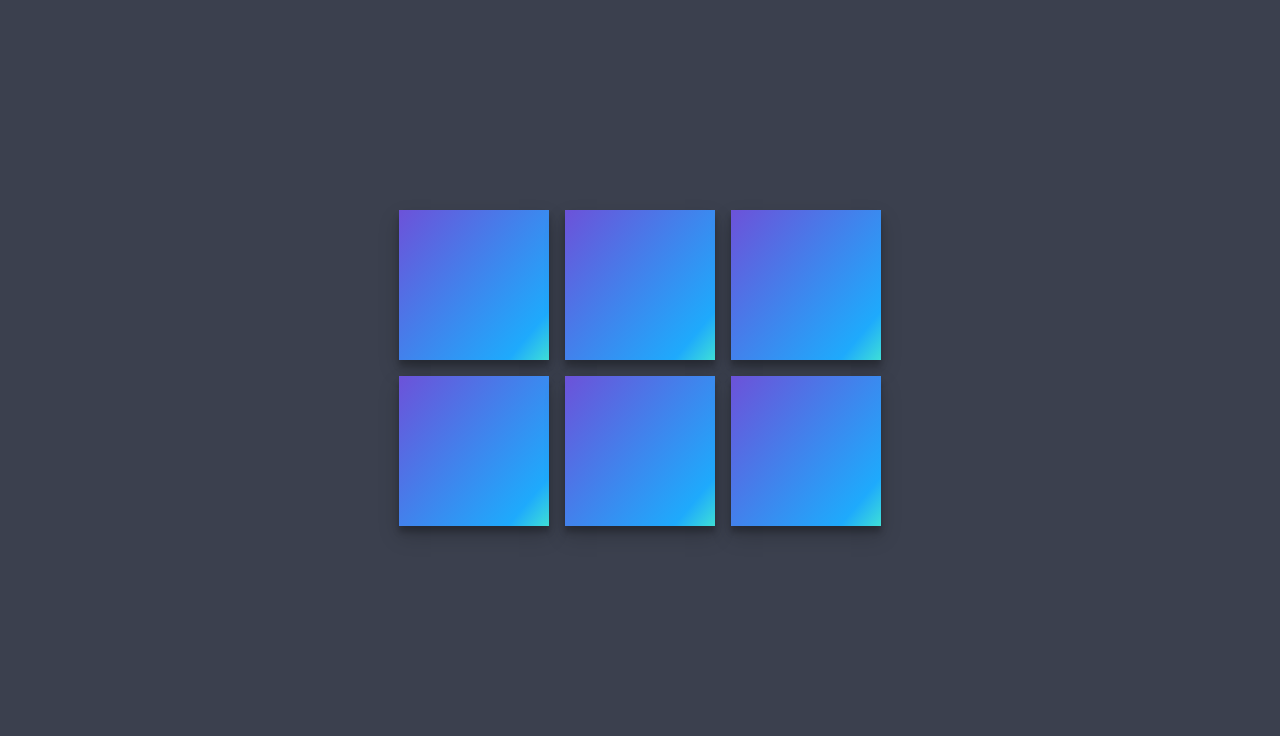
Repository: mariocapitbrok/css-grid
Page: index.html
These files come from the project's save history. The page is drawn as it stood at one moment and after the next save; the edit follows.
The browser window is 1280 px wide. The pictures show the whole page.

Above is the page before, as saved 2022-12-29 13:17:42.

### index.html
<!DOCTYPE html>
<html lang="en">
<head>
  <meta charset="UTF-8">
  <meta http-equiv="X-UA-Compatible" content="IE=edge">
  <meta name="viewport" content="width=device-width, initial-scale=1.0">
  <link rel="stylesheet" href="styles.css">
  <title>Grid and Flexbox</title>
</head>
<body>
  <div class="container">
    <div class="item item1"></div>
    <div class="item item2"></div>
    <div class="item item3"></div>
    <div class="item item4"></div>
    <div class="item item5"></div>
    <div class="item item6"></div>
  </div>
</body>
</html>

### styles.css
body {
  background-color: #3b404e;
  height: 100vh;
  display: flex;
  justify-content: center;
  align-items: center;
}

.container {
  display: grid;
  grid-template-columns: 150px 150px 150px;
  grid-template-rows: 150px 150px;
  grid-gap: 1rem;
}

.item {
  background-color: #1EAAFC;
  background-image: linear-gradient(130deg, #6C52D9 0%, #1EAAFC 85%, #3EDFD7 100%);
  box-shadow: 0 10px 20px rgba(0,0,0,0.19), 0 6px 6px rgba(0,0,0,0.23);
}

After the next save:
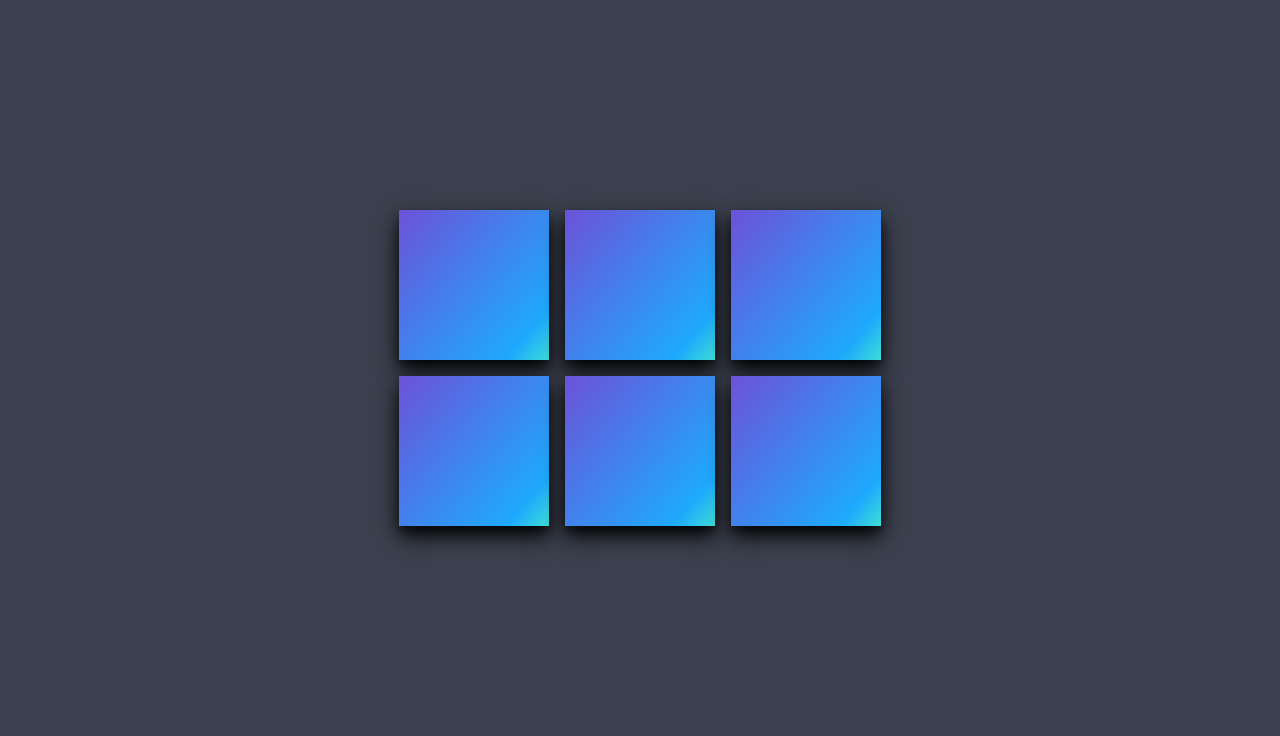
Saved 101 s later.
--- a/styles.css
+++ b/styles.css
@@ -16,5 +16,5 @@ body {
 .item {
   background-color: #1EAAFC;
   background-image: linear-gradient(130deg, #6C52D9 0%, #1EAAFC 85%, #3EDFD7 100%);
-  box-shadow: 0 10px 20px rgba(0,0,0,0.19), 0 6px 6px rgba(0,0,0,0.23);
+  box-shadow: 0 10px 20px rgba(0, 0, 0, 0.988), 0 6px 6px rgba(0, 0, 0, 0.231);
 }
